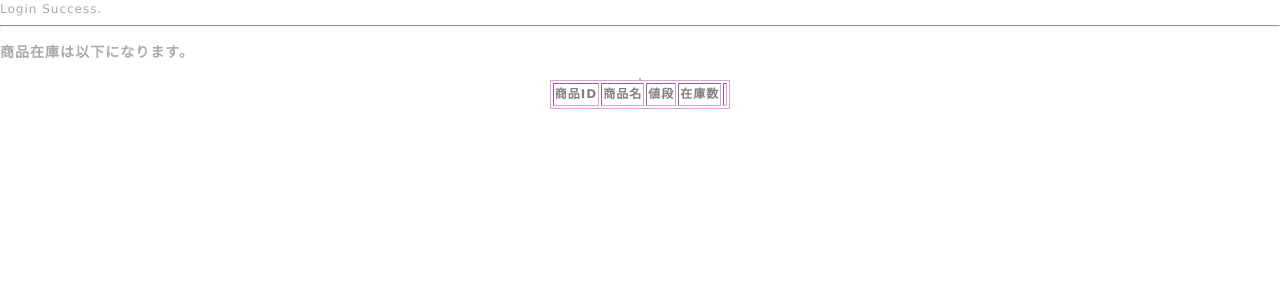
Repository: sachiyuki/java
Page: http://localhost/AdminLogin/adminpage.jsp
These files come from the project's save history. The page is drawn as it stood at one moment and after the next save; the edit follows.
The browser window is 1280 px wide. The pictures show the whole page.
The page is served by Tomcat 9.

Above is the page before, as saved 2018-03-05 10:31:59.

After the next save:
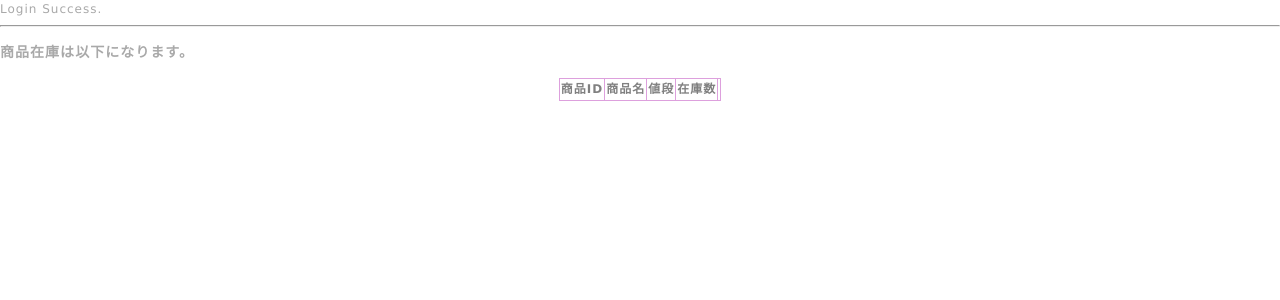
Saved 84 s later.
--- a/AdminLogin/WebContent/adminpage.jsp
+++ b/AdminLogin/WebContent/adminpage.jsp
@@ -23,11 +23,9 @@ table{
 	text-align:center;
 	margin: 0 auto;
 	border:0.5px solid plum;
+	border-collapse: collapse;
 }
 
-td{
-	border:0px;
-}
 
 form{
 	border: 0.5px thistle;
